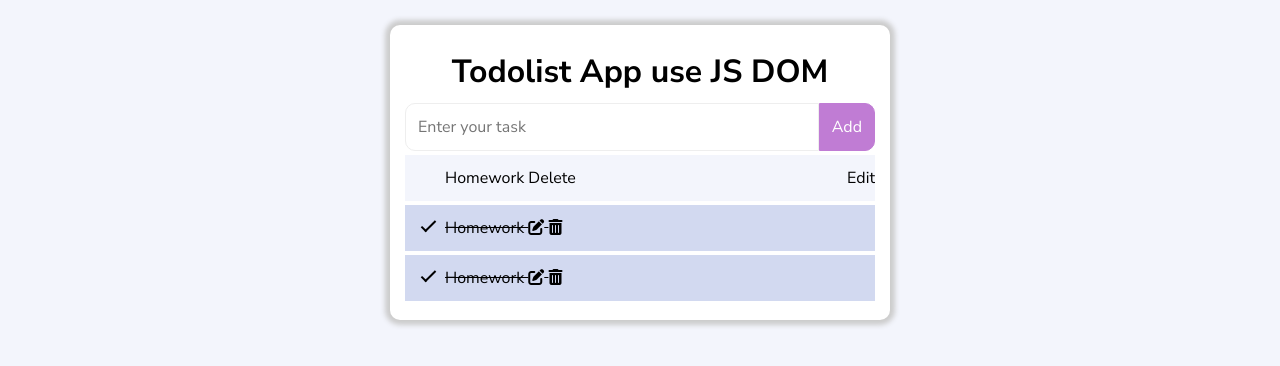
Repository: anhquan74-dev/todolist_app
Page: index.html
The author's editor kept a copy of each file at every save. The page is drawn from the files as they stood at one save, then again after the next save.
The browser window is 1280 px wide. The pictures show the whole page.
Some web libraries are served in a nearby version.

Above is the page before, as saved 2022-07-21 16:25:46.

After the next save:
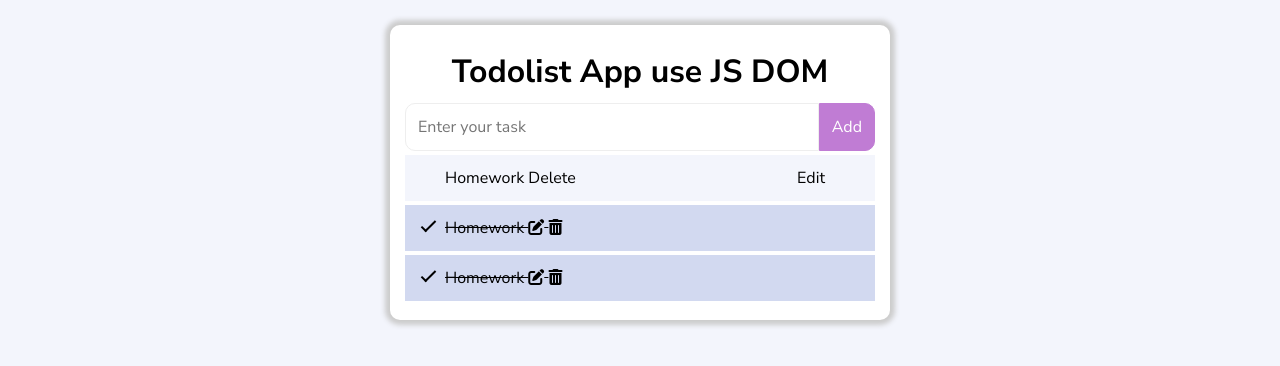
Saved 7 s later.
--- a/style.css
+++ b/style.css
@@ -81,7 +81,7 @@ h1 {
     position: absolute;
     top: 50%;
     transform: translateY(-50%);
-    right: 0;
+    right: 50px;
 }
 
 .item:hover  span{
